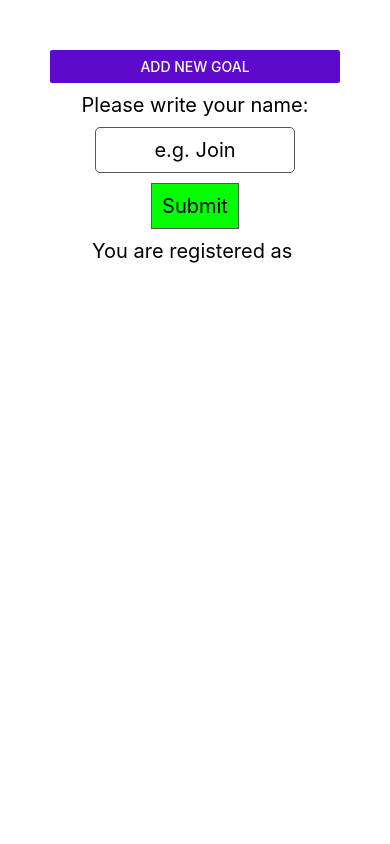
Repository: ntu34543/React-Native-Example1
Screen: /
The author's editor kept a copy of each file at every save. The screen is drawn from the files as they stood at one save, then again after a run of saves.
The app was drawn by React Native's web renderer in a window 390 px wide. The project was rebuilt for these pictures with package versions that can differ from the ones it lists, and the page was loaded fresh each time. Also part of the build but not shown: components/Goalltem.js.

Above is the screen before, as saved 2022-09-12 16:09:10.

### App.js
import { useState } from "react";
import {
  StyleSheet,
  View,
  FlatList,
  Button,
  Text,
  Linking,
  TextInput,
  TouchableOpacity
} from "react-native";
import { StatusBar } from "expo-status-bar";

import GoalItem from "./components/Goalltem";
import GoalInput from "./components/Goallnput";

export default function App() {
  const [modalIsVisible, setModalIsVisible] = useState(false);
  const [courseGoals, setCourseGoals] = useState([]);
  const [name, setName] = useState("");
  const [submitted, setSubmitted] = useState(false);
  // console.log(courseGoals);
  const onPressHandler = () => {
    setSubmitted(!submitted);
  };

  function startAddGoalHandler() {
    setModalIsVisible(true);
  }

  function endAddGoalHandler() {
    setModalIsVisible(false);
  }

  function addTextInput(enteredGoalText) {
    setCourseGoals((currentCourseGoals) => [
      ...currentCourseGoals,
      { text: enteredGoalText, id: Math.random().toString() },
    ]);
    endAddGoalHandler();
  }

  function deleteGoalHandler(id) {
    setCourseGoals((currentCourseGoals) => {
      return currentCourseGoals.filter((goal) => goal.id !== id);
    });
  }

  return (
    <>
      <StatusBar style="auto" />
      <View style={styles.container}>
        <Button
          title="Add new Goal"
          color="#5e0acc"
          onPress={startAddGoalHandler}
        />
        <View style={styles.body}>
          <Text style={styles.text}>Please write your name:</Text>
          <TextInput
            style={styles.input}
            placeholder="e.g. Join"
            onChangeText={(value) => setName(value)}
            // maxLength={2}
            // editable={false}
            // secureTextEntry
          />
          {/* <Button
            title={submitted? "Clear" : "Submit"}
            // disabled={submitted}
            color="#5e0acc"
            onPress={onPressHandler}
            onPress={() => {
              Linking.openURL(
                "https://ca.slack-edge.com/T324R7VB6-U03RS7EKJHG-323b9d1b6216-512"
              );
            }}
          /> */}
          <TouchableOpacity style={styles.button} onPress={onPressHandler}>
            <Text style={styles.text}>{submitted? "Clear" : "Submit"}</Text>
          </TouchableOpacity>
          {/* {submitted ? <Text>You are registered as {name}</Text> : null} */}
          <Text style={styles.text}>You are registered as {name}</Text>
        </View>
        <GoalInput
          visible={modalIsVisible}
          onAddGoal={addTextInput}
          onCancer={endAddGoalHandler}
        />
        <View style={styles.goalsContainer}>
          <FlatList
            data={courseGoals}
            style={styles.goalsContainer}
            renderItem={(itemData) => {
              return (
                <GoalItem
                  text={itemData.item.text}
                  id={itemData.item.id}
                  onDeleteItem={deleteGoalHandler}
                />
              );
            }}
            keyExtractor={(item, index) => {
              return index.id;
            }}
            alwaysBounceVertical={false}
          />
        </View>
      </View>
    </>
  );
}

const styles = StyleSheet.create({
  container: {
    padding: 50,
  },
  body: {
    alignItems: 'center',
  },
  goalsContainer: {
    // flex: 4,
  },
  text: {
    textAlign: "center",
    margin: 10,
    fontSize: 20,
  },
  input: {
    borderWidth: 1,
    borderColor: "#555",
    borderRadius: 5,
    width: 200,
    padding: 10,
    marginBottom: 10,
    textAlign: "center",
    fontSize: 20,
  },
  button: {
    borderWidth: 1,
    borderColor: "#555",
    backgroundColor: "#00ff00",
  }
});

### components/Goallnput.js
import { useState } from "react";
import { StyleSheet, View, TextInput, Button, Modal, Image } from "react-native";
function GoalInput(props) {
  const [enteredGoalText, setEnteredGoalText] = useState("");

  function textInput(enteredText) {
    setEnteredGoalText(enteredText);
    // console.log(enteredText);
  }

  function addGoalHandler() {
    props.onAddGoal(enteredGoalText);
    setEnteredGoalText("");
  }

  return (
    <Modal visible={props.visible} animationType="slide">
      <View style={styles.inputContainer}>
          <Image style={styles.image} source={require('../assets/favicon.png')} />
        <TextInput
          style={styles.textInput}
          placeholder="Email............"
          onChangeText={textInput}
          value={enteredGoalText}
        />
        <View style={styles.buttonContainer}>
          <View style={styles.button}>
            <Button title="Click!" onPress={addGoalHandler} />
          </View>
          <View style={styles.button}>
            <Button title="Cancer!" onPress={props.onCancer}/>
          </View>
        </View>
      </View>
    </Modal>
  );
}

export default GoalInput;

const styles = StyleSheet.create({
  inputContainer: {
    flex: 1,
    justifyContent: "center",
    alignItems: "center",
    paddingBottom: 24,
    padding: 16,
    borderBottomWidth: 1,
    borderBottomColor: "gray",
    backgroundColor: 'pink'
  },
  image: {
      width: 100,
      height: 100,
      margin: 20,
  },
  textInput: {
    borderWidth: 1,
    borderColor: "#cccccc",
    width: "100%",
    padding: 8,
  },
  buttonContainer: {
      marginTop: 16,
    flexDirection: "row",
  },
  button: {
      width: '30%',
      marginHorizontal: 8,
  }
});

After the next 4 saves:
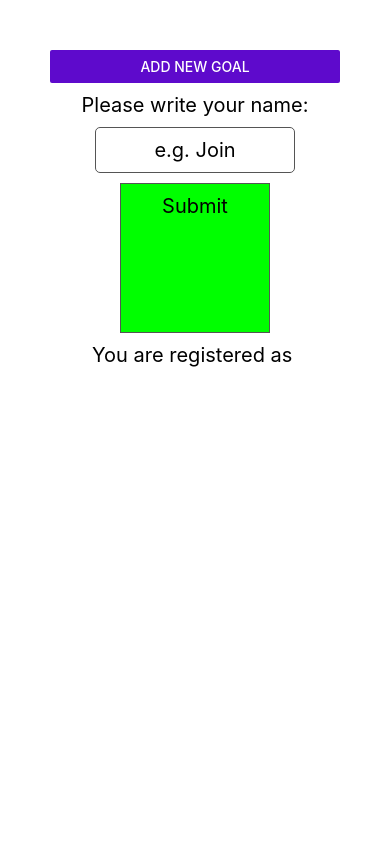
The 4 saves are shown as one change because 1 did not build or start and some came seconds apart.
The last was saved 25 s later.
--- a/App.js
+++ b/App.js
@@ -140,5 +140,7 @@ const styles = StyleSheet.create({
     borderWidth: 1,
     borderColor: "#555",
     backgroundColor: "#00ff00",
+    width: 150,
+    height: 150,
   }
 });
